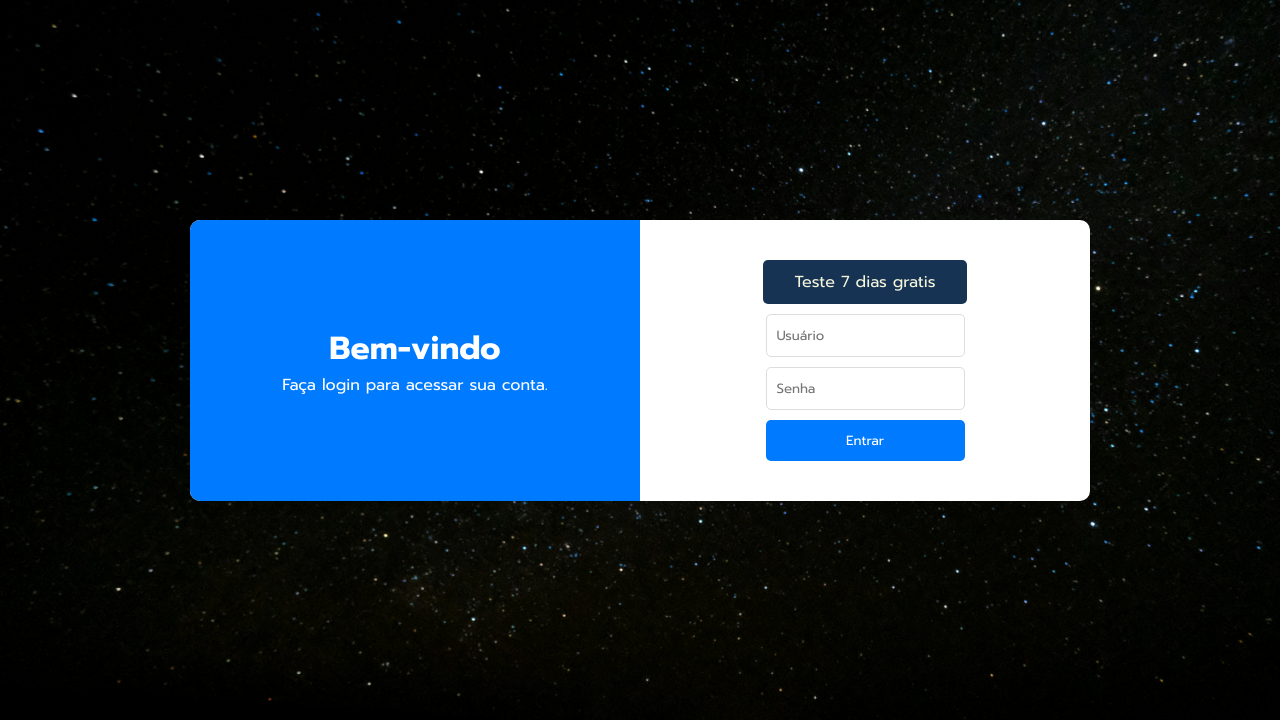
Repository: joao-paulo-paiva/tela-login
Page: index.html
An editor plug-in stored every save of this project. The page is shown before and after a run of saves, followed by the edit.
The browser window is 1280 px wide. The pictures show the whole page.

Above is the page before, as saved 2025-04-15 11:28:59.

### index.html
<!DOCTYPE html>
<html lang="pt-br">
<head>
    <meta charset="UTF-8">
    <meta name="viewport" content="width=device-width, initial-scale=1.0">
    <title>Tela de Login</title>
    <link rel="stylesheet" href="style.css">
    <link rel="preconnect" href="https://fonts.googleapis.com">
    <link rel="preconnect" href="https://fonts.gstatic.com" crossorigin>
    <link href="https://fonts.googleapis.com/css2?family=DM+Sans:ital,opsz,wght@0,9..40,100..1000;1,9..40,100..1000&family=Montserrat:ital,wght@0,100..900;1,100..900&family=Prompt:ital,wght@0,100;0,200;0,300;0,400;0,500;0,600;0,700;0,800;0,900;1,100;1,200;1,300;1,400;1,500;1,600;1,700;1,800;1,900&display=swap" rel="stylesheet">
</head>
<body>
    <div class="container">
        <div class="esquerda">
            <h1>Bem-vindo</h1>
            <p class="">Faça login para acessar sua conta.</p>
        </div>
        <div class="direita">
            <a href="#" class="teste-gratis"><p>Teste 7 dias gratis</p></a>
            <form action="#" method="POST">
                <input type="text" placeholder="Usuário" required>
                <input type="password" placeholder="Senha" required>
                <button type="submit">Entrar</button>
            </form>
        </div>
    </div>
</body>
</html>

### style.css
* {
    margin: 0;
    padding: 0;
    box-sizing: border-box;
    font-family: "Prompt", sans-serif;
}

body {
    display: flex;
    justify-content: center;
    align-items: center;
    height: 100vh;
    background-image: url(./imagens/pexels-francesco-ungaro-998641.jpg);
    background-size: cover;
    background-position: center;
    background-repeat: no-repeat;
}

.container {
    display: flex;
    height: ;
    width: 80%;
    max-width: 900px;
    background: white;
    border-radius: 10px;
    overflow: hidden;
}

.esquerda, .direita {
    width: 50%;
    padding: 40px;
}

.esquerda {
    background-color: #007bff;
    color: white;
    display: flex;
    flex-direction: column;
    justify-content: center;
    align-items: center;
}

.direita {
    display: flex;
    flex-direction: column;
    justify-content: center;
    align-items: center;
}

input {
    display: block;
    width: 100%;
    padding: 10px;
    margin: 10px 0;
    border: 1px solid #ddd;
    border-radius: 5px;
}
.teste-gratis {
    display: flex;
    justify-content: center; /* Centraliza horizontalmente */
    align-items: center; /* Centraliza verticalmente */
    width: 55%;
    padding: 10px;
    background-color: #163353;
    text-decoration: none;
    color: beige;
    border-radius: 5px;
    text-align: center; /* Garante que o texto esteja centralizado dentro do bloco */
}

button {
    width: 100%;
    padding: 10px;
    background-color: #007bff;
    color: white;
    border: none;
    border-radius: 5px;
    cursor: pointer;
}

After the next 2 saves:
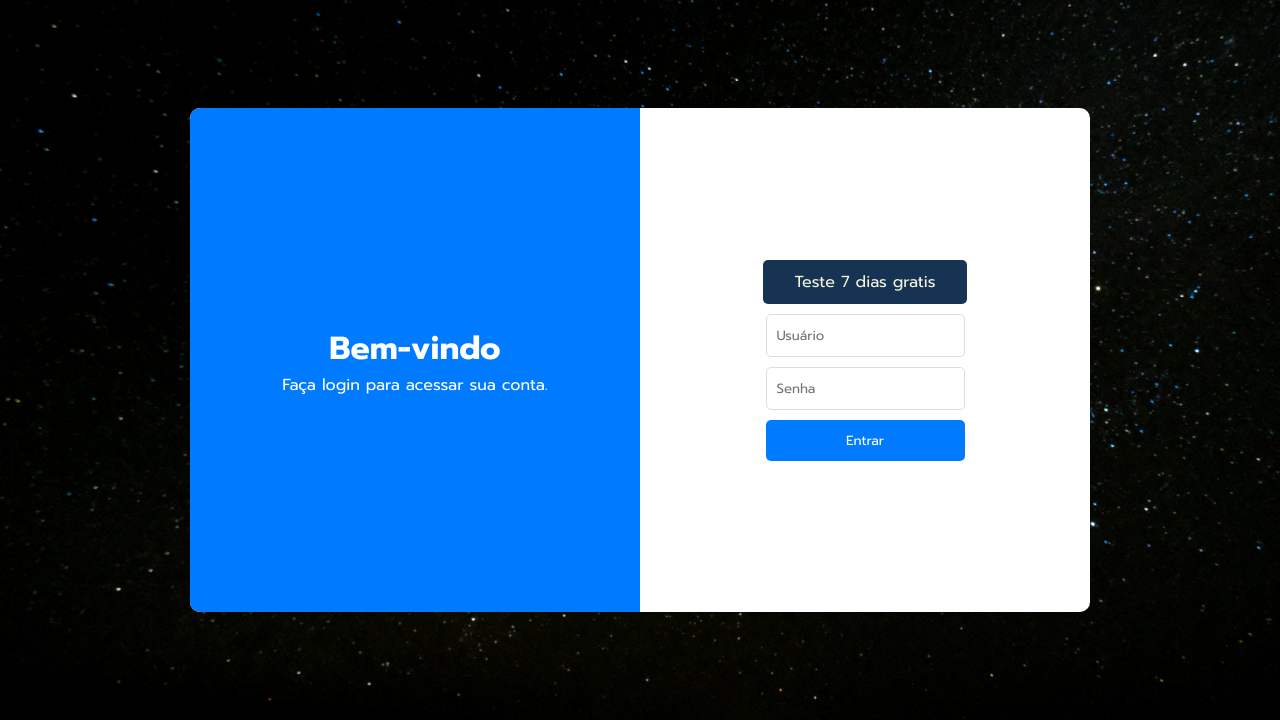
The 2 saves are shown as one change because they came seconds apart.
The last was saved 8 s later.
--- a/style.css
+++ b/style.css
@@ -18,7 +18,7 @@ body {
 
 .container {
     display: flex;
-    height: ;
+    height: 70%;
     width: 80%;
     max-width: 900px;
     background: white;
